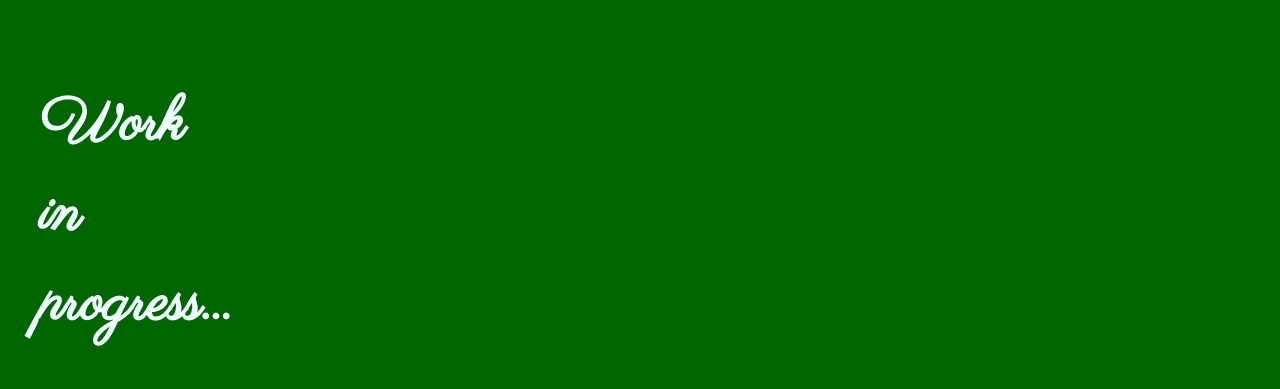
Repository: NollieChtn6/NollieChtn6.github.io
Page: index.html
These files come from the project's save history. The page is drawn as it stood at one moment and after the next save; the edit follows.
The browser window is 1280 px wide. The pictures show the whole page.

Above is the page before, as saved 2023-11-10 18:03:21.

After the next save:
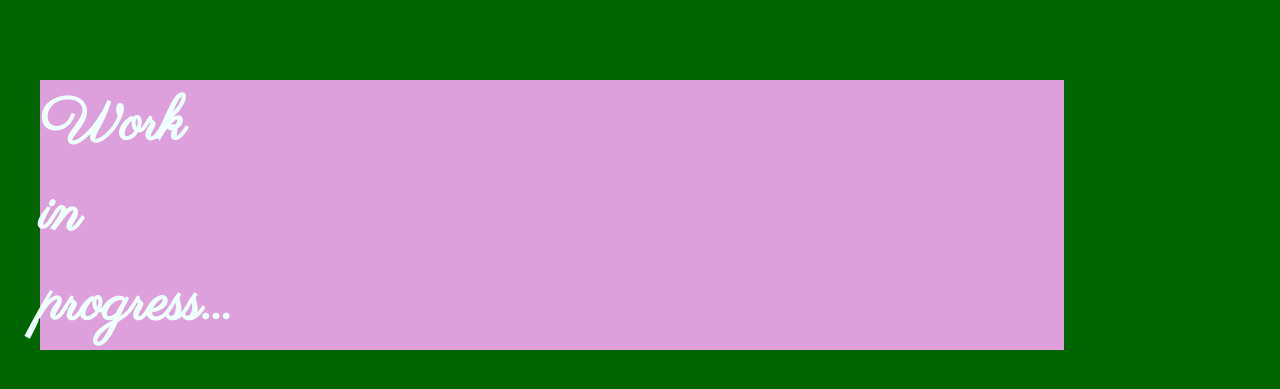
Saved 22 s later.
--- a/css/style.css
+++ b/css/style.css
@@ -57,7 +57,7 @@ h1 {
   flex-direction: column;
   width: 80vw;
   font-size: 6rem;
-  background-color: b0b;
+  background-color: plum;
   color: azure;
 }
 
